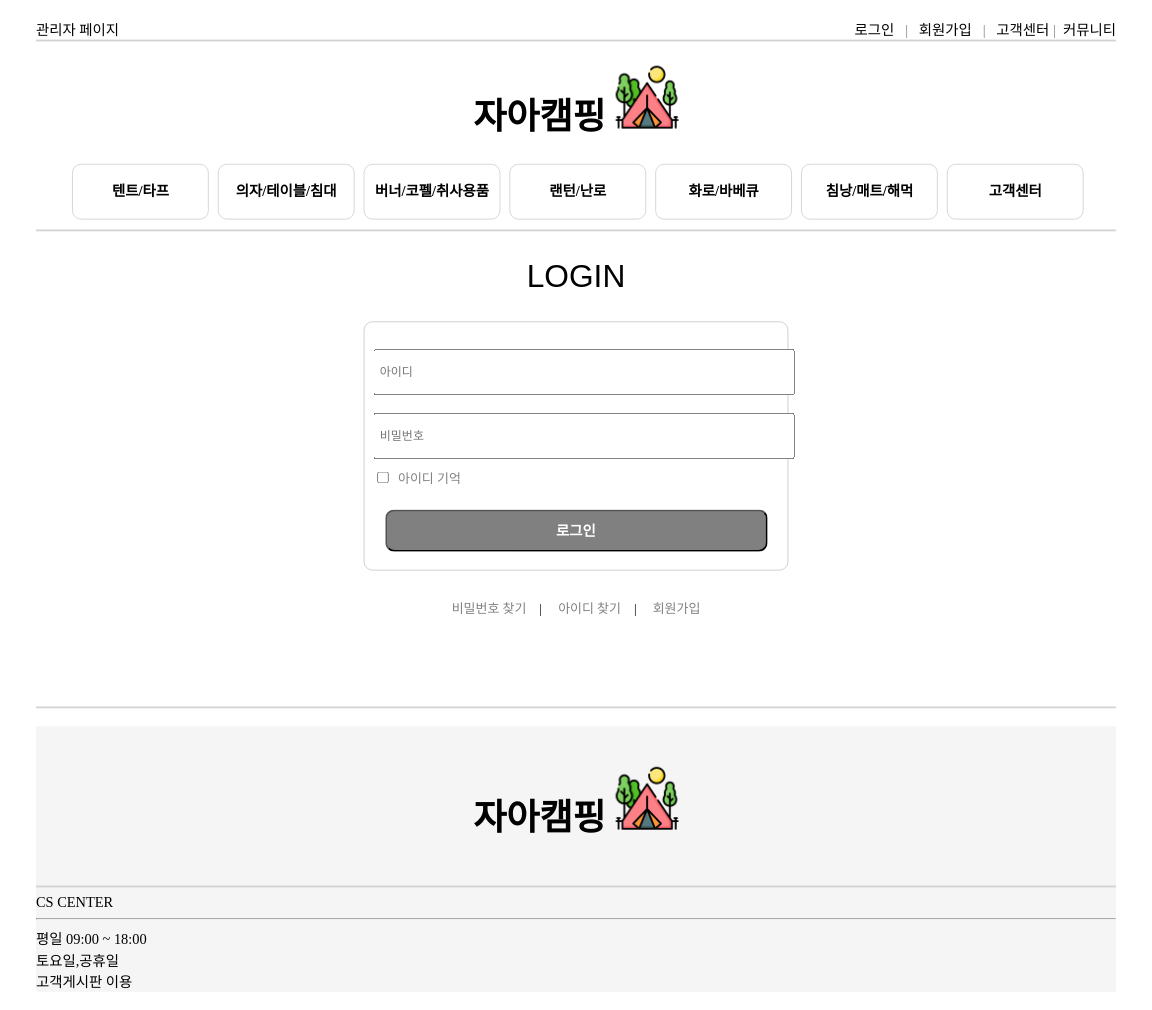
Repository: JJang-Ah/JSP-shoping-mall-project
Page: http://localhost/JaAhCamping/logon/memberLoginForm.jsp
An editor plug-in stored every save of this project. The page is shown before and after the next save, followed by the edit.
The browser window is 1280 px wide. The pictures show the whole page, at 90% of full size.
Some web fonts or font styles are not loaded; a fallback is used. The page is served by Tomcat 9.

Above is the page before, as saved 2022-06-12 13:50:41.

After the next save:
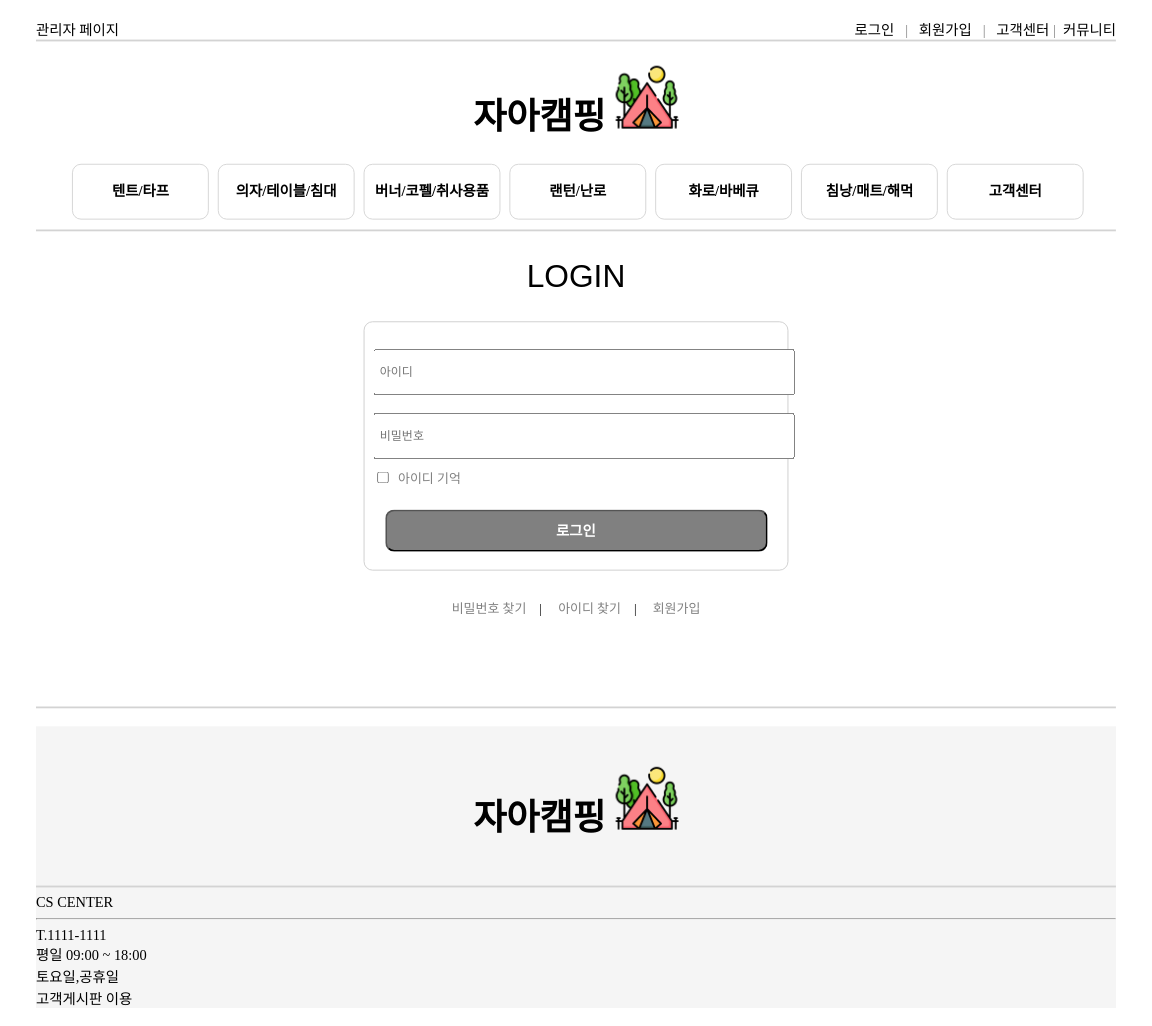
Saved 27 s later.
--- a/JaAhCamping/WebContent/mall/shopBottom.jsp
+++ b/JaAhCamping/WebContent/mall/shopBottom.jsp
@@ -17,13 +17,14 @@
 	<h1 class="title"><a href="http://localhost:8088/JaAhCamping/mall/shopAll.jsp">자아캠핑&nbsp;<img alt="camping" src="/JaAhCamping/icons/camping.png" id="camping"></a></h1>
 	<hr class="b_line">
 
-<div class="b_box1">
-	CS CENTER
-	<hr>
-	평일 09:00 ~ 18:00<br>
-	토요일,공휴일<br>
-	고객게시판 이용
-</div>
+	<div class="b_box1">
+		CS CENTER
+		<hr>
+		T.1111-1111<br>
+		평일 09:00 ~ 18:00<br>
+		토요일,공휴일<br>
+		고객게시판 이용
+	</div>
 
 
 
